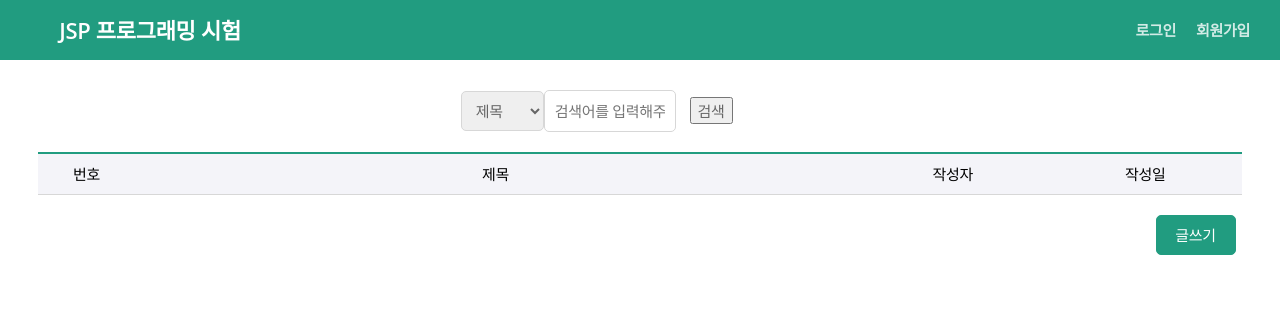
Repository: yujin149/noticeJSP
Page: http://localhost/BBS/bbs.jsp
An editor plug-in stored every save of this project. The page is shown before and after the next save, followed by the edit.
The browser window is 1280 px wide. The pictures show the whole page.
Some web libraries are served in a nearby version. The page is served by Tomcat 9. Queries for data that is not in the repository find no rows.

Above is the page before, as saved 2024-11-29 06:49:15.

After the next save:
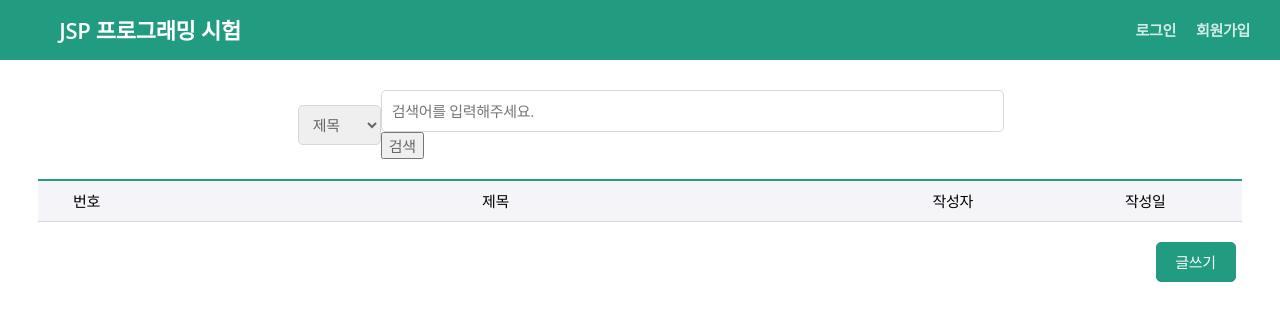
Saved 39 s later.
--- a/BBS/src/main/webapp/css/style.css
+++ b/BBS/src/main/webapp/css/style.css
@@ -76,4 +76,5 @@ border:1px solid #219c80; height:40px; font-size:16px; font-weight:600; height:4
 .searchWrap form{display:flex; justify-content: center; align-items: center;}
 .searchWrap input, .searchWrap select{height:40px; border:1px solid #d7d7d7;
 padding:0 10px; border-radius:5px;}
-.searchWrap input{width:40%; margin-right:10px;}
+.searchWrap .search{width:50%;}
+.searchWrap input{width:100%; margin-right:10px;}
